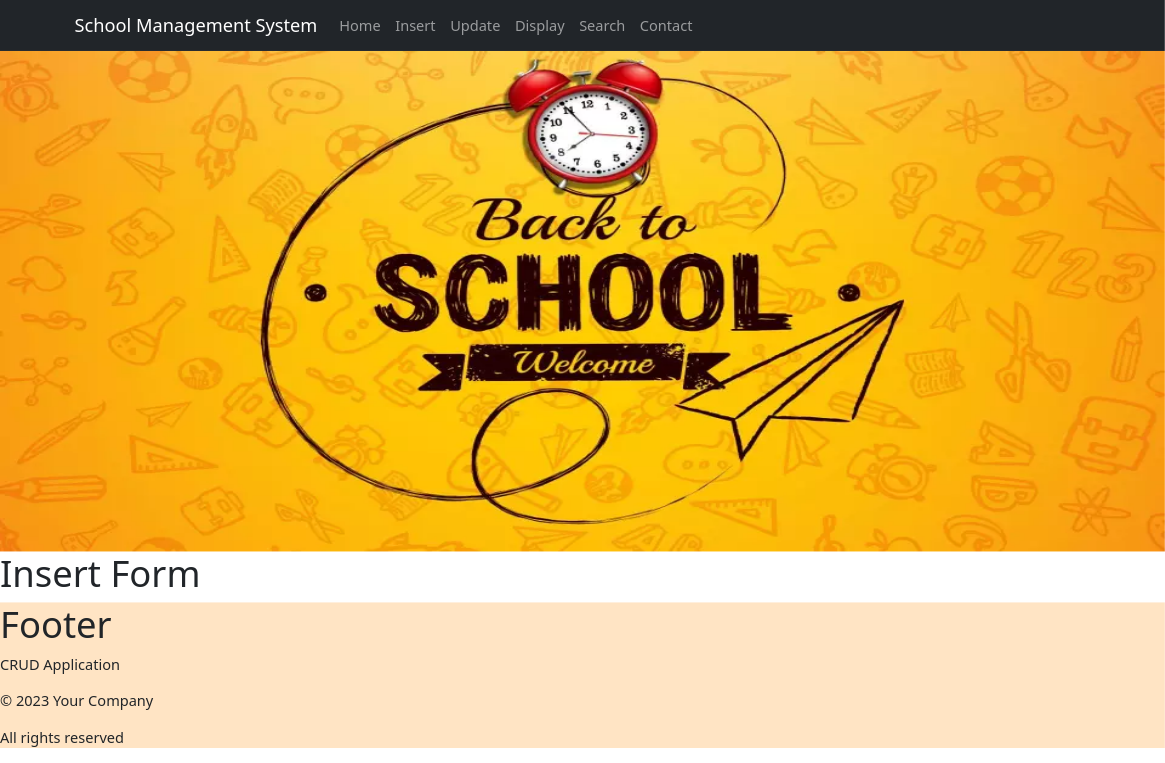
Repository: ankitgujre01/React-day-12
Page: /insert (app in crud/)
The author's editor kept a copy of each file at every save. The page is drawn from the files as they stood at one save, then again after a run of saves.
The browser window is 1280 px wide. The pictures show the whole page, at 91% of full size.
The project was rebuilt for these pictures with package versions that can differ from the ones it lists, and the page was loaded fresh each time. Also part of the build but not shown: crud/vite.config.js, crud/src/pages/Home.jsx, crud/src/pages/Display.jsx, crud/src/pages/Search.jsx, crud/src/pages/Contact.jsx. Imported but missing from the stored project, and not drawn on this page: crud/src/pages/Update.

Above is the page before, as saved 2025-04-12 09:23:55.

### crud/src/main.jsx
import { StrictMode } from 'react'
import { createRoot } from 'react-dom/client'
// import './index.css'
import App from './App.jsx'
import './css/style.css'
import 'bootstrap/dist/css/bootstrap.min.css';

createRoot(document.getElementById('root')).render(
  <StrictMode>
    <App />
  </StrictMode>,
)

### crud/src/App.jsx
import {BrowserRouter, Routes, Route} from 'react-router-dom';
import Layout from './Layout';
import Home from './pages/Home';
import Insert from './pages/Insert';
import Update from './pages/Update';
import Display from './pages/Display';
import Search from './pages/Search';
import Contact from './pages/Contact';

const App = () => {
  return (
    <>
      <BrowserRouter>
        <Routes>
          <Route path="/" element={<Layout />}>
            <Route index element={<Home />} />
            <Route path="home" element={<Home />} />
            <Route path="insert" element={ <Insert/>}/>
            <Route path='update' element={<Update />} />
            <Route path='display' element={<Display />} />
            <Route path='search' element={<Search />} />
            <Route path='contact' element={<Contact />} />

          </Route>
        </Routes>
      </BrowserRouter>
    </>
  )
}

export default App;

### crud/src/css/style.css
#footer{
    background-color: bisque;
}

### crud/src/Layout.jsx
import { Outlet } from "react-router-dom";
import TopNav from "./components/TopNav";
import TopBanner from "./components/TopBanner";
import Footer from "./components/Footer";
const Layout = () => {
  return (
      <>
          <TopNav />
          <TopBanner/>
          <Outlet />
          <Footer/>
      </>
  )
}

export default Layout;

### crud/src/pages/Insert.jsx
import Button from 'react-bootstrap/Button';
import Form from 'react-bootstrap/Form';

const Insert = () => {
  return (
    <>
      <h1>Insert Form</h1>

    </>
  )
}

export default Insert;

### crud/src/components/TopNav.jsx
import Container from 'react-bootstrap/Container';
import Nav from 'react-bootstrap/Nav';
import Navbar from 'react-bootstrap/Navbar';
import { Link } from 'react-router-dom';

const TopNav = () => {
  return (
      <>
        <Navbar bg="dark" data-bs-theme="dark">
        <Container>
          <Navbar.Brand href="#home">School Management System</Navbar.Brand>
          <Nav className="me-auto">
            <Nav.Link as={Link} to="/home">Home</Nav.Link>
            <Nav.Link as={Link} to="/insert">Insert</Nav.Link>
            <Nav.Link as={Link} to="/update">Update</Nav.Link>
            <Nav.Link as={Link} to="/display">Display</Nav.Link>
            <Nav.Link as={Link} to="/search">Search</Nav.Link>
            <Nav.Link as={Link} to="/contact">Contact</Nav.Link>
          </Nav>
        </Container>
      </Navbar>
      </>
  )
}

export default TopNav;

### crud/src/components/TopBanner.jsx
import myimg from '../images/banner.webp';

const TopBanner = () => {
  return (
      <>
          <div>
              <img src={myimg} alt="Banner" width='100%' height="550px"/>
              </div>
      </>
  )
}

export default TopBanner;

### crud/src/components/Footer.jsx
import React from 'react'

const Footer = () => {
  return (
      <>
          <div id='footer'>
          <h1>Footer</h1>
          <p>CRUD Application</p>
          <p>&copy; 2023 Your Company</p>
          <p>All rights reserved</p>
          </div>
      </>
  )
}

export default Footer;

Loaded but not shown: crud/index.html (common file)

After the next 2 saves:
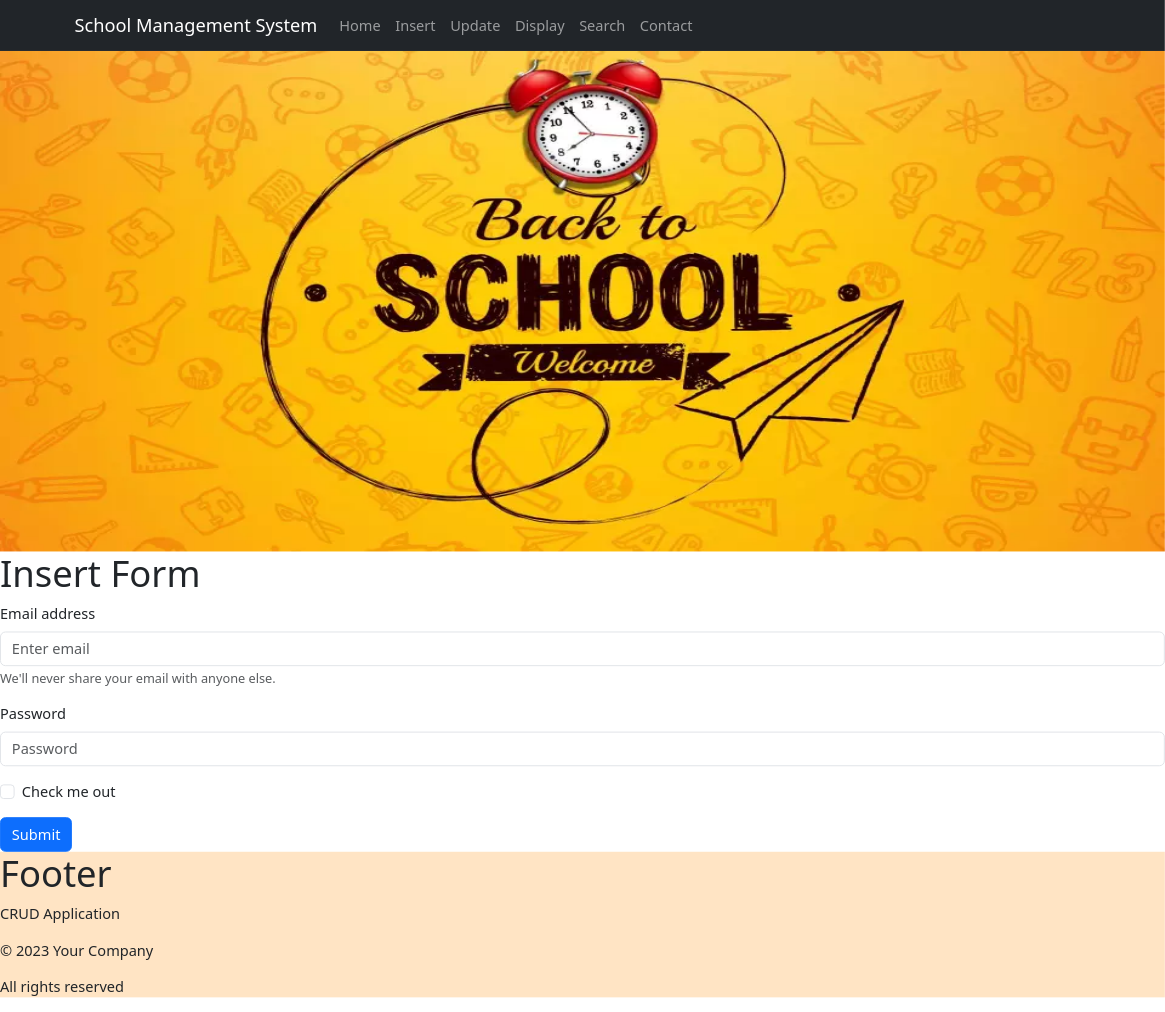
The 2 saves are shown as one change because they came seconds apart.
The last was saved 56 s later.
--- a/crud/src/pages/Insert.jsx
+++ b/crud/src/pages/Insert.jsx
@@ -6,6 +6,27 @@
     <>
       <h1>Insert Form</h1>
 
+      <Form>
+      <Form.Group className="mb-3" controlId="formBasicEmail">
+        <Form.Label>Email address</Form.Label>
+        <Form.Control type="email" placeholder="Enter email" />
+        <Form.Text className="text-muted">
+          We'll never share your email with anyone else.
+        </Form.Text>
+      </Form.Group>
+
+      <Form.Group className="mb-3" controlId="formBasicPassword">
+        <Form.Label>Password</Form.Label>
+        <Form.Control type="password" placeholder="Password" />
+      </Form.Group>
+      <Form.Group className="mb-3" controlId="formBasicCheckbox">
+        <Form.Check type="checkbox" label="Check me out" />
+      </Form.Group>
+      <Button variant="primary" type="submit">
+        Submit
+      </Button>
+    </Form>
+
     </>
   )
 }
